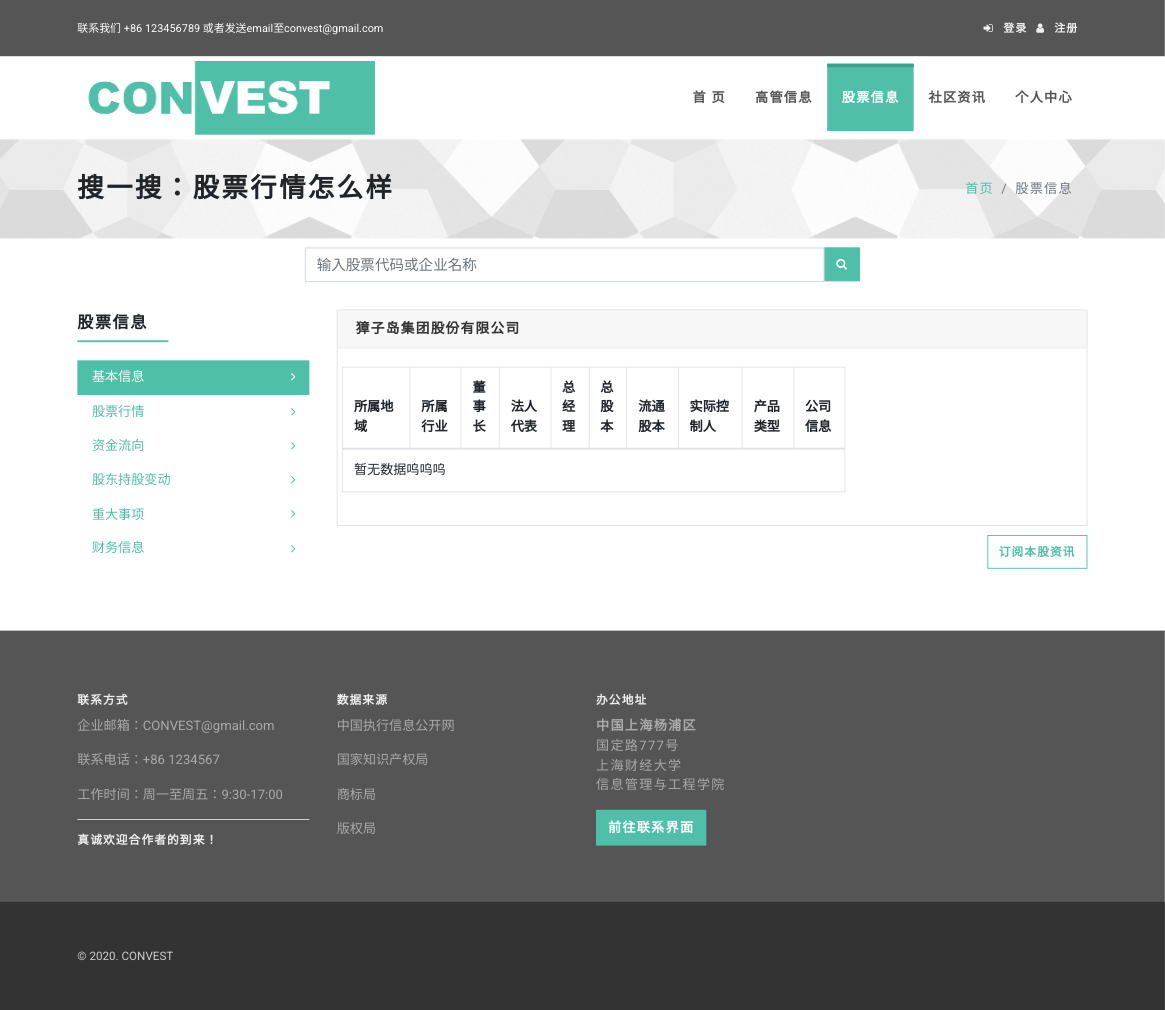
Repository: SUFELYZ/CONVEST
Page: http://localhost/CONVEST/股票信息.jsp
These files come from the project's save history. The page is drawn as it stood at one moment and after the next save; the edit follows.
The browser window is 1280 px wide. The pictures show the whole page, at 91% of full size.
The page is served by Tomcat 9.

Above is the page before, as saved 2021-01-05 15:40:47.

After the next save:
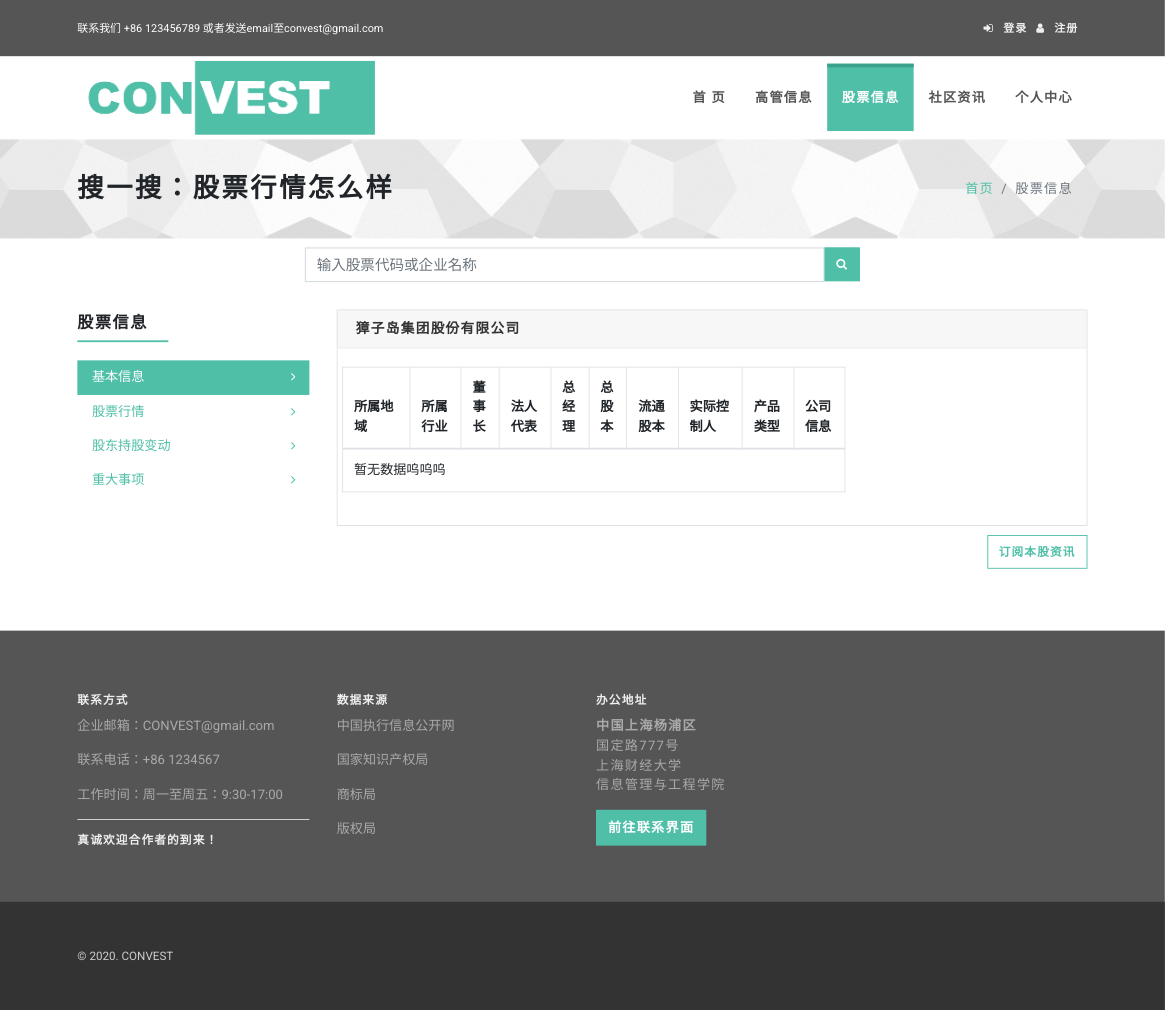
Saved 8 min 25 s later.
--- a/CONVEST 1.0/CONVEST/WebContent/股票信息.jsp
+++ b/CONVEST 1.0/CONVEST/WebContent/股票信息.jsp
@@ -169,10 +169,10 @@
                   <ul class="nav nav-pills flex-column text-sm">
                     <li class="nav-item"><a href="股票信息.jsp" class="nav-link active">基本信息</a></li>
                     <li class="nav-item"><a href="template-alerts.jsp" class="nav-link">股票行情</a></li>
-                    <li class="nav-item"><a href="template-buttons.jsp" class="nav-link">资金流向</a></li>
+
                     <li class="nav-item"><a href="template-content-boxes.jsp" class="nav-link">股东持股变动</a></li>
                     <li class="nav-item"><a href="template-blocks.jsp" class="nav-link">重大事项</a></li>
-                    <li class="nav-item"><a href="template-pagination.jsp" class="nav-link">财务信息</a></li>
+
 
                   </ul>
                 </div>
